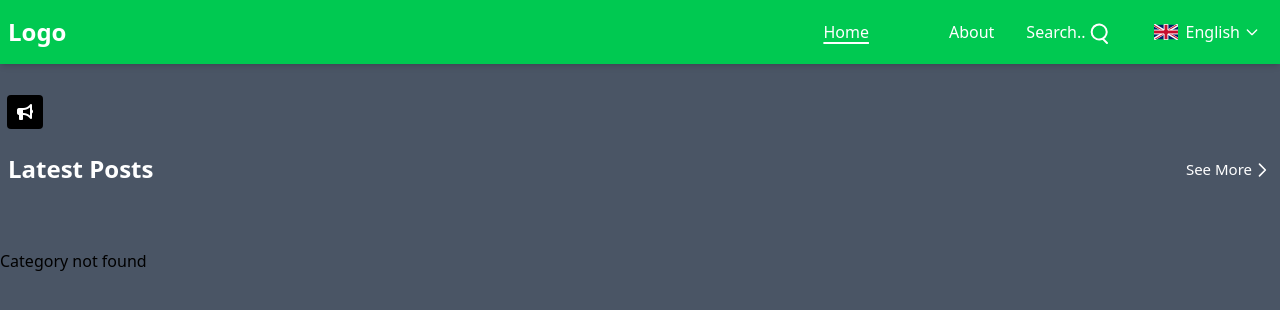
Repository: saroeuntola/we-share
Page: http://localhost/index?lang=en
The author's editor kept a copy of each file at every save. The page is drawn from the files as they stood at one save, then again after a run of saves.
The browser window is 1280 px wide. The pictures show the whole page.
The page is run by PHP 8.4 with error messages shown; the project is at /var/www/html/. Style sheets and scripts are compiled from the project's sources, by tool versions that may differ from the author's. Queries for data that is not in the repository find no rows.

Above is the page before, as saved 2025-08-29 12:15:56.

### index.php
<!DOCTYPE html>
<html lang="en">

<head>
    <meta charset="UTF-8">
    <meta name="viewport" content="width=device-width, initial-scale=1.0">

    <!-- Primary Meta Tags -->
    <title>Download Khmer PDF Documents & IT Document - We Share</title>
    <meta name="description" content="We Share provides free Khmer PDF documents, IT Documents, study materials, and guides for learning. Download PDFs easily for education and personal use.">
    <meta name="keywords" content="Computer, Scienace IT, PHP Khmer PDF, HTML, CSS, javascript downlaod khmer pdf, react js, Laravel, download PDF, free documents, IT tutorials, study materials, We Share, education, PDF files Cambodia">

    <!-- Canonical URL -->
    <link rel="canonical" href="https://www.weshare.com/">

    <!-- Open Graph / Facebook -->
    <meta property="og:title" content="Download Khmer PDF Documents & IT Resources - We Share">
    <meta property="og:description" content="Get free Khmer PDF documents, IT tutorials, study materials, and guides for learning at We Share. Download PDFs easily for personal and educational use.">
    <meta property="og:type" content="website">
    <meta property="og:url" content="https://www.weshare.com/">
    <meta property="og:image" content="https://www.weshare.com/assets/images/og-image.jpg">

    <!-- Twitter -->
    <meta name="twitter:card" content="summary_large_image">
    <meta name="twitter:title" content="Download Khmer PDF Documents & IT Resources - We Share">
    <meta name="twitter:description" content="We Share provides free Khmer PDF documents, IT tutorials, study materials, and guides for learning. Download PDFs easily for education and personal use.">
    <meta name="twitter:image" content="https://www.weshare.com/assets/images/og-image.jpg">

    <!-- Favicon -->
    <link rel="icon" href="./assets/img/favicon.png" type="image/png">

    <!-- Styles -->
    <link rel="stylesheet" href="./assets/css/output.css">
    <link rel="stylesheet" href="./assets/css/custom.css">
    <link rel="stylesheet" href="https://cdnjs.cloudflare.com/ajax/libs/font-awesome/6.0.0-beta3/css/all.min.css" />

    <!-- Scripts -->
    <script src="https://code.jquery.com/jquery-3.6.0.min.js"></script>
</head>

<body class="bg-gray-600">
    <?php include 'loading.php' ?>
    <header class="fixed z-10 w-full" id="header">
        <?php
        include 'head-bar.php'
        ?>
    </header>

    <main class="max-w-7xl m-auto mt-[95px]">
        <section class="mb-6">
            <?php
            include 'key-frame.php'
            ?>
        </section>

        <section>
            <?php
            include 'last-post-card.php'
            ?>

        </section>

        <section class="mt-6">
            <?php
            include 'programing-card.php'
            ?>
        </section>

        <section class="mt-6">
            <?php
            include 'web-dev-card.php'
            ?>
        </section>

        <section class="mt-6">
            <?php
            include 'ms-office-card.php'
            ?>
        </section>
        <section class="mt-6">
            <?php
            include 'ebook-card.php'
            ?>
        </section>
    </main>
    <section class="mt-6">
        <?php include 'footer.php' ?>
    </section>

</body>

</html>

### loading.php
<style>
  .loader {
    width: 45px;
    aspect-ratio: 1;
    --c: no-repeat linear-gradient(#fff 0 0);
    /* changed to white */
    background:
      var(--c) 0% 50%,
      var(--c) 50% 50%,
      var(--c) 100% 50%;
    background-size: 20% 100%;
    animation: l1 1s infinite linear;
  }

  @keyframes l1 {
    0% {
      background-size: 20% 100%, 20% 100%, 20% 100%;
    }

    33% {
      background-size: 20% 10%, 20% 100%, 20% 100%;
    }

    50% {
      background-size: 20% 100%, 20% 10%, 20% 100%;
    }

    66% {
      background-size: 20% 100%, 20% 100%, 20% 10%;
    }

    100% {
      background-size: 20% 100%, 20% 100%, 20% 100%;
    }
  }

  .khmer-font {
    font-family: 'Noto Sans Khmer', sans-serif;
  }
</style>
<?php
$lang = isset($_GET['lang']) && in_array($_GET['lang'], ['en', 'kh']) ? $_GET['lang'] : 'en';
?>

<body class="bg-gray-900 text-white">
  <!-- Loader -->
  <div id="pageLoader"
    class="fixed inset-0 z-[9999] bg-gray-900 flex flex-col items-center justify-center transition-opacity duration-1000"
    aria-live="polite">

    <!-- Loader Spinner -->
    <div class="relative h-20 w-20​​ flex flex-col justify-center items-center">
      <div class="loader inset-0 ease-linear"></div>
      <span class="text-white text-sm font-medium <?= $lang === 'kh' ? 'khmer-font' : '' ?>">
        <?= $lang === 'en' ? 'Loading...' : 'សូមរងចាំ' ?>
      </span>

    </div>
  </div>
</body>

<!-- Loader Script -->
<script>
  // Wait until EVERYTHING is fully loaded (HTML + CSS + images + external resources)
  window.addEventListener("load", function() {
    const loader = document.getElementById("pageLoader");
    loader.classList.add("opacity-0"); // fade out

    setTimeout(() => {
      loader.style.display = "none";
      loader.setAttribute("aria-hidden", "true");
    }, 1000); // match transition duration
  });
</script>
</body>

### head-bar.php
<?php
$currentPage = basename($_SERVER['PHP_SELF']);
$lang = isset($_GET['lang']) && in_array($_GET['lang'], ['en', 'kh']) ? $_GET['lang'] : 'en';
$currentSlug = isset($_GET['slug']) ? $_GET['slug'] : null;

function buildLangUrl($langTarget, $currentPage, $currentSlug)
{
    $params = ['lang' => $langTarget];
    if ($currentPage === 'detail.php' && $currentSlug) {
        $params['slug'] = $currentSlug;
    }
    return $currentPage . '?' . http_build_query($params);
}

// ✅ Helper to check active page
function navItem($page, $label, $lang, $currentPage, $currentSlug)
{
    $isActive = (strpos($currentPage, $page) !== false || ($page === '/' && $currentPage === 'index.php'));
    $baseUrl = $page === '/' ? '/' : $page;
    $params = ['lang' => $lang];
    if ($currentPage === 'detail' && $currentSlug) {
        $params['slug'] = $currentSlug;
    }
    $href = $baseUrl . '?' . http_build_query($params);

    $activeClass = $isActive
        ? 'text-white underline underline-offset-4 decoration-2'  // active link underline
        : 'text-white hover:underline hover:underline-offset-4 hover:decoration-2'; // hover underline

    $langClass = ($lang === 'kh') ? 'khmer-font-nav mt-1' : '';

    return "<a href=\"{$href}\" class=\"{$langClass} rounded-md text-base font-medium p-2 {$activeClass}\">{$label}</a>";
}



$menu = [
    'home' => $lang === 'en' ? 'Home' : 'ទំព័រដើម',
    'services' => $lang === 'en' ? 'Services' : 'សេវាកម្ម',
    'about' => $lang === 'en' ? 'About' : 'អំពីយើង',
    'contact' => $lang === 'en' ? '' : 'សំណួរ',
    'join' => $lang === 'en' ? 'Join Now' : 'ចូលរួម',
    'search' => $lang === 'en' ? 'Search...' : 'ស្វែងរក...'
];

$languageNames = [
    'en' => 'English',
    'kh' => 'ភាសារខ្មែរ'
];
?>
<style>
    #logo {
        width: 100px;
    }
</style>
<nav class="bg-green-500 shadow-md w-full" id="header">
    <div class="max-w-7xl mx-auto px-2">
        <div class="flex justify-between h-16 items-center">

            <!-- Mobile: Hamburger + Logo -->
            <div class="flex items-center lg:hidden">
                <!-- Hamburger -->
                <button id="menu-btn" class="lg:hidden p-2 text-white cursor-pointer">
                    <!-- Hamburger Icon -->
                    <svg class="w-6 h-6" fill="none" stroke="currentColor" stroke-width="2"
                        viewBox="0 0 24 24" xmlns="http://www.w3.org/2000/svg">
                        <path stroke-linecap="round" stroke-linejoin="round" d="M4 6h16M4 12h16M4 18h16" />
                    </svg>
                </button>
                <script>
                    const menuBtn = document.getElementById('menu-btn');
                    const menuIcon = document.getElementById('menu-icon');
                    const closeIcon = document.getElementById('close-icon');

                    menuBtn.addEventListener('click', () => {
                        menuIcon.classList.toggle('hidden');
                        closeIcon.classList.toggle('hidden');
                    });
                </script>
                <!-- Logo -->
                <a href="#" class="text-2xl font-bold text-white ml-3">
                    <img src="./assets/img/logo.png" alt="logo" id="logo">
                </a>
            </div>
            <!-- Desktop: Logo + Menu -->
            <div class="hidden lg:flex justify-between items-center w-full">
                <!-- Logo -->
                <a href="#" class="text-2xl font-bold text-white">Logo</a>
                <!-- Menu Items -->
                <div class="flex space-x-6 items-center">
                    <!-- Desktop Menu Items -->
                    <div class="flex space-x-6 items-center">
                        <?= navItem('/', $menu['home'], $lang, $currentPage, $currentSlug) ?>
                        <?= navItem('contact', $menu['contact'], $lang, $currentPage, $currentSlug) ?>
                        <?= navItem('about', $menu['about'], $lang, $currentPage, $currentSlug) ?>
                    </div>


                    <!-- Search Icon -->
                    <div class="relative ">

                        <button id="search-icon" class="text-white focus:outline-none flex justify-between items-center cursor-pointer">
                            <p​​ class="<?= $lang === 'kh' ? 'khmer-font-nav mt-1' : '' ?>"> <?= $lang === 'en' ? 'Search..' : 'ស្វែងរក...' ?></p​​>
                            <svg class="w-6 h-6 mt-1" fill="none" stroke="currentColor" viewBox="0 0 24 24">
                                <path stroke-linecap="round" stroke-linejoin="round" stroke-width="2"
                                    d="M21 21l-4.35-4.35m0 0A7.5 7.5 0 1110.5 3a7.5 7.5 0 016.15 13.65z" />
                            </svg>
                        </button>
                    </div>

                    <!-- Desktop Language Dropdown -->
                    <div class="relative">
                        <button id="lang-btn-desktop" class="flex items-center text-white px-3 py-2 rounded-md hover:bg-green-600 focus:outline-none">
                            <img id="lang-flag-desktop" src="./assets/img/flags/<?= $lang === 'en' ? 'Flag_of_the_United_Kingdom' : 'khmer-flag' ?>.svg" class="w-6 h-4 ml-2" alt="Flag">
                            <span class="ml-2 font-medium <?= $lang === 'kh' ? 'khmer-font mt-1' : '' ?>"><?= $lang === 'en' ? 'English' : 'ភាសារខ្មែរ' ?></span>
                            <svg class="w-4 h-4 ml-1" fill="none" stroke="currentColor" viewBox="0 0 24 24">
                                <path stroke-linecap="round" stroke-linejoin="round" stroke-width="2" d="M19 9l-7 7-7-7" />
                            </svg>
                        </button>

                        <div id="lang-menu-desktop" class="hidden absolute right-0 mt-2 w-36 bg-white rounded-md shadow-lg z-50">
                            <?php foreach ($languageNames as $code => $name): ?>
                                <?php if ($code !== $lang): ?>
                                    <a href="<?= buildLangUrl($code, $currentPage, $currentSlug) ?>" class="flex items-center px-4 py-2 text-gray-700 hover:bg-gray-100 transition">
                                        <img src="./assets/img/flags/<?= $lang === 'kh' ? 'Flag_of_the_United_Kingdom' : 'khmer-flag' ?>.svg" class="w-6 h-4 mr-2" alt="<?= $name ?> Flag">
                                        <span class="text-right <?= $lang === 'en' ? 'khmer-font' : '' ?>"><?= $name ?></span>
                                    </a>
                                <?php endif; ?>
                            <?php endforeach; ?>
                        </div>
                    </div>


                </div>
            </div>

            <!-- Mobile: Search Icon + Language -->
            <div class="flex items-center lg:hidden space-x-2">
                <!-- Search Icon -->
                <button id="search-icon-mobile" class="text-white focus:outline-none flex justify-center items-center">
                    <svg class="w-6 h-6 mt-1" fill="none" stroke="currentColor" viewBox="0 0 24 24">
                        <path stroke-linecap="round" stroke-linejoin="round" stroke-width="2"
                            d="M21 21l-4.35-4.35m0 0A7.5 7.5 0 1110.5 3a7.5 7.5 0 016.15 13.65z" />
                    </svg>
                </button>

                <!-- Mobile Language Dropdown -->
                <div class="relative">
                    <button id="lang-btn-mobile" class="flex items-center text-white px-3 py-2 rounded-md hover:bg-green-600 focus:outline-none">
                        <img id="lang-flag-mobile" src="./assets/img/flags/<?= $lang === 'en' ? 'Flag_of_the_United_Kingdom' : 'khmer-flag' ?>.svg" class="w-6 h-4 ml-2" alt="Flag">
                        <span class="ml-2 font-medium <?= $lang === 'kh' ? 'khmer-font mt-1' : '' ?>"><?= $lang === 'en' ? 'English' : 'ភាសារខ្មែរ' ?></span>
                        <svg class="w-4 h-4 ml-1" fill="none" stroke="currentColor" viewBox="0 0 24 24">
                            <path stroke-linecap="round" stroke-linejoin="round" stroke-width="2" d="M19 9l-7 7-7-7" />
                        </svg>
                    </button>

                    <div id="lang-menu-mobile" class="hidden absolute right-0 mt-2 w-36 bg-white rounded-md shadow-lg z-50">
                        <?php foreach ($languageNames as $code => $name): ?>
                            <?php if ($code !== $lang): ?>
                                <a href="<?= buildLangUrl($code, $currentPage, $currentSlug) ?>" class="flex items-center px-4 py-2 text-gray-700 hover:bg-gray-100 transition">
                                    <img src="./assets/img/flags/<?= $lang === 'kh' ? 'Flag_of_the_United_Kingdom' : 'khmer-flag' ?>.svg" class="w-6 h-4 mr-2" alt="<?= $name ?> Flag">
                                    <span class="text-right <?= $lang === 'en' ? 'khmer-font' : '' ?>"><?= $name ?></span>
                                </a>
                            <?php endif; ?>
                        <?php endforeach; ?>
                    </div>
                </div>

            </div>
        </div>

        <!-- Mobile Collapsed Menu -->
        <div id="overlay" class="fixed inset-0 bg-black bg-opacity-50 hidden z-40"></div>
        <div id="mobile-menu"
            class="fixed top-0 left-0 h-full w-64 bg-green-600 text-white transform -translate-x-full transition-transform duration-300 ease-in-out z-50">

            <div class="flex flex-col px-5 py-3 space-y-4">
                <button id="close-btn" class="self-end text-white flex justify-end cursor-pointer">
                    ✕
                </button>
                <?= navItem('/', $menu['home'], $lang, $currentPage, $currentSlug) ?>
                <?= navItem('services', $menu['services'], $lang, $currentPage, $currentSlug) ?>
                <?= navItem('about', $menu['about'], $lang, $currentPage, $currentSlug) ?>
            </div>
        </div>


    </div>
</nav>

<!-- Search Modal (shared for Desktop & Mobile) -->
<div id="searchModal" class="fixed inset-0 bg-black bg-opacity-50 hidden z-50 flex items-center justify-center">
    <div class="bg-gray-600 w-full h-full max-w-4xl max-h-full overflow-y-auto relative p-4">
        <!-- Header -->
        <div class="flex justify-between items-center border-b pb-4">
            <h2 class="text-xl text-white font-bold"><?= $lang === 'en' ? 'Search Document' : 'ស្វែងរកឯកសារ' ?></h2>
            <button onclick="closeSearchModal()" class="text-white text-3xl font-bold cursor-pointer">&times;</button>
        </div>

        <!-- Search Input -->
        <div class="mt-4">
            <input type="text" id="search-box" placeholder="<?= $lang === 'en' ? 'Search...' : 'ស្វែងរក...' ?>"
                class="w-full px-4 py-3 rounded-md border focus:outline-none focus:ring-2 focus:ring-green-500 text-white">
        </div>

        <!-- Loading Indicator -->
        <div id="search-loading" class="hidden mt-2 text-white"><?= $lang === 'en' ? 'Loading...' : 'កំពុងផ្ទុក...' ?></div>

        <!-- Search Results Grid -->
        <div id="search-results" class="mt-4 grid grid-cols-1 sm:grid-cols-2 lg:grid-cols-3 gap-4">
            <div class="text-white col-span-full"><?= $lang === 'en' ? 'Type to search...' : 'វាយបញ្ចូលដើម្បីស្វែងរក...' ?></div>
        </div>
    </div>
</div>
<script src="https://cdn.jsdelivr.net/npm/alpinejs@3.x.x/dist/cdn.min.js" defer></script>

<script>
    const closeBtn = document.getElementById('close-btn');
    const mobileMenu = document.getElementById('mobile-menu');
    const overlay = document.getElementById('overlay');

    menuBtn.addEventListener('click', () => {
        mobileMenu.classList.remove('-translate-x-full');
        overlay.classList.remove('hidden');
    });

    closeBtn.addEventListener('click', () => {
        mobileMenu.classList.add('-translate-x-full');
        overlay.classList.add('hidden');
    });

    overlay.addEventListener('click', () => {
        mobileMenu.classList.add('-translate-x-full');
        overlay.classList.add('hidden');
    });




    // Desktop dropdown
    const langBtnDesktop = document.getElementById('lang-btn-desktop');
    const langMenuDesktop = document.getElementById('lang-menu-desktop');

    langBtnDesktop.addEventListener('click', (e) => {
        e.stopPropagation();
        langMenuDesktop.classList.toggle('hidden');
    });

    // Mobile dropdown
    const langBtnMobile = document.getElementById('lang-btn-mobile');
    const langMenuMobile = document.getElementById('lang-menu-mobile');

    langBtnMobile.addEventListener('click', (e) => {
        e.stopPropagation();
        langMenuMobile.classList.toggle('hidden');
    });

    // Close dropdowns when clicking outside
    document.addEventListener('click', () => {
        langMenuDesktop.classList.add('hidden');
        langMenuMobile.classList.add('hidden');
    });



    // Search Modal
    const searchIconDesktop = document.getElementById('search-icon');
    const searchIconMobile = document.getElementById('search-icon-mobile');
    const searchModal = document.getElementById('searchModal');
    const searchBox = document.getElementById('search-box');
    const searchResults = document.getElementById('search-results');
    const searchLoading = document.getElementById('search-loading');

    function openSearchModal() {
        searchModal.classList.remove('hidden');
        searchBox.focus();
    }

    function closeSearchModal() {
        searchModal.classList.add('hidden');
        searchBox.value = '';
        searchResults.innerHTML = '<div class="text-white col-span-full"><?= $lang === "en" ? "Type to search..." : "វាយបញ្ចូលដើម្បីស្វែងរក..." ?></div>';
    }

    searchIconDesktop.addEventListener('click', openSearchModal);
    searchIconMobile.addEventListener('click', openSearchModal);

    window.addEventListener('click', function(e) {
        if (e.target === searchModal) closeSearchModal();
    });

    function debounce(func, delay) {
        let timeout;
        return function() {
            clearTimeout(timeout);
            timeout = setTimeout(() => func.apply(this, arguments), delay);
        }
    }

    searchBox.addEventListener('input', debounce(function() {
        const query = this.value.trim();
        searchResults.innerHTML = '';
        if (!query) {
            searchResults.innerHTML = '<div class="text-white col-span-full"><?= $lang === "en" ? "Type to search..." : "វាយបញ្ចូលដើម្បីស្វែងរក..." ?></div>';
            searchLoading.classList.add('hidden');
            return;
        }
        searchLoading.classList.remove('hidden');

        fetch(`/weshare/search.php?q=${encodeURIComponent(query)}&lang=<?= $lang ?>`)
            .then(res => res.json())
            .then(data => {
                searchLoading.classList.add('hidden');
                searchResults.innerHTML = '';
                if (data.length === 0) {
                    searchResults.innerHTML = '<div class="text-white col-span-full"><?= $lang === "en" ? "No data found" : "រកមិនឃើញទិន្នន័យ។" ?></div>';
                } else {
                    data.forEach(item => {
                        const a = document.createElement('a');
                        a.href = `detail?slug=${item.slug}&lang=<?= $lang ?>`;
                        a.className = 'block border rounded p-3 hover:bg-white bg-white';
                        a.textContent = item.name;
                        searchResults.appendChild(a);
                    });
                }
            })
            .catch(err => {
                searchLoading.classList.add('hidden');
                console.error(err);
            });
    }, 300));
</script>

### admin/lib/db.php

<?php

function dbConn()
{
   $servername = "localhost";
    $username = "root";
    $password = "";
    $db = "weshare";

    try {
        $conn = new PDO("mysql:host=$servername;dbname=$db", $username, $password);
        $conn->setAttribute(PDO::ATTR_ERRMODE, PDO::ERRMODE_EXCEPTION);
        return $conn;
    } catch (PDOException $e) {
        die("Connection failed: " . $e->getMessage());
    }
}

function dbClose(&$conn)
{
    $conn = null;
}

function dbSelect($table, $column = "*", $criteria = "", $clause = "")
{
    if (empty($table)) return false;

    $sql = "SELECT $column FROM $table";
    if (!empty($criteria)) $sql .= " WHERE $criteria";
    if (!empty($clause)) $sql .= " $clause";

    $conn = dbConn();
    try {
        $stmt = $conn->query($sql);
        $result = $stmt->fetchAll(PDO::FETCH_ASSOC);
        dbClose($conn);
        return $result;
    } catch (PDOException $e) {
        echo "Error in selecting data: " . $e->getMessage();
        return false;
    }
}

function dbInsert($table, $data = array())
{
    if (empty($table) || empty($data)) return false;

    $conn = dbConn();
    $fields = implode(", ", array_keys($data));
    $placeholders = ":" . implode(", :", array_keys($data));
    $sql = "INSERT INTO $table ($fields) VALUES ($placeholders)";

    try {
        $stmt = $conn->prepare($sql);
        $stmt->execute($data);
        dbClose($conn);
        return true;
    } catch (PDOException $e) {
        echo "Error inserting data: " . $e->getMessage();
        return false;
    }
}

function dbUpdate($table, $data = array(), $criteria = "")
{
    if (empty($table) || empty($data) || empty($criteria)) return false;

    $conn = dbConn();
    $setClause = "";
    foreach ($data as $key => $val) {
        $setClause .= "$key = :$key, ";
    }
    $setClause = rtrim($setClause, ", ");
    $sql = "UPDATE $table SET $setClause WHERE $criteria";

    try {
        $stmt = $conn->prepare($sql);
        $stmt->execute($data);
        dbClose($conn);
        return true;
    } catch (PDOException $e) {
        echo "Error updating data: " . $e->getMessage();
        return false;
    }
}

function dbDelete($table, $criteria)
{
    if (empty($table) || empty($criteria)) return false;

    $sql = "DELETE FROM $table WHERE $criteria";
    $conn = dbConn();

    try {
        $stmt = $conn->prepare($sql);
        $stmt->execute();
        dbClose($conn);
        return true;
    } catch (PDOException $e) {
        echo "Error deleting data: " . $e->getMessage();
        return false;
    }
}

function dbCount($table = "", $criteria = "")
{
    if (empty($table)) return false;

    $sql = "SELECT COUNT(*) as count FROM $table";
    if (!empty($criteria)) $sql .= " WHERE $criteria";

    $conn = dbConn();
    try {
        $stmt = $conn->query($sql);
        $result = $stmt->fetch(PDO::FETCH_ASSOC);
        dbClose($conn);
        return $result['count'];
    } catch (PDOException $e) {
        echo "Error counting data: " . $e->getMessage();
        return false;
    }
}

?>

### assets/css/custom.css
#header {
  top: 0;
}

.khmer-font-nav{
    font-family: "Moul", serif;
    font-weight: 400;
    font-style: normal;
    font-size: 14px;
}

    .khmer-font {
        font-family: "Battambang", system-ui;
        font-weight: 100;
        font-style: normal;
        font-size: 14px;

    }
    .khmer-font-kulen{
       font-family: "Koulen", sans-serif;
  font-weight: 400;
  font-style: normal;
  font-size: 17px;
    }

Loaded but not shown: assets/css/input.css (common file); assets/img/flags/khmer-flag.svg (65 lines, source omitted); assets/img/flags/Flag_of_the_United_Kingdom.svg (9 lines, source omitted); admin/lib/post_lib.php (349 lines, source omitted); admin/lib/subcategory_lib.php (169 lines, source omitted); key-frame.php (186 lines, source omitted); last-post-card.php (88 lines, source omitted); programing-card.php (76 lines, source omitted); admin/lib/category_lib.php (115 lines, source omitted)

After the next 2 saves:
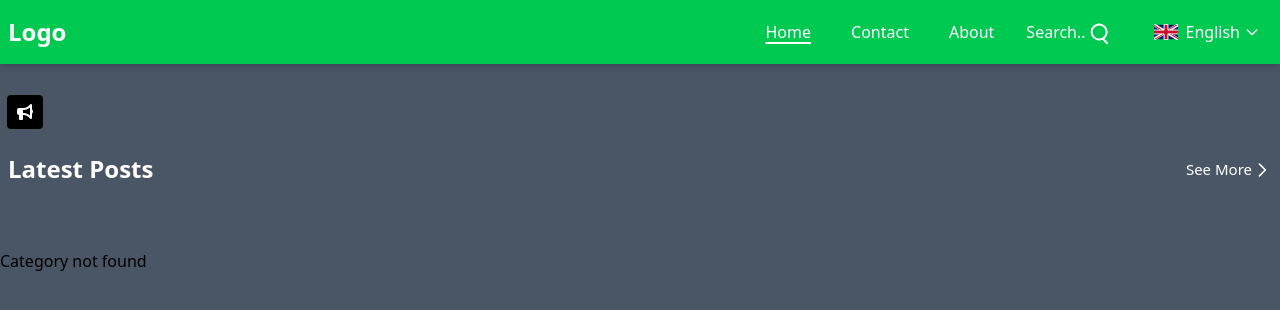
The 2 saves are shown as one change because they came seconds apart.
The last was saved 7 s later.
--- a/head-bar.php
+++ b/head-bar.php
@@ -38,7 +38,7 @@
     'home' => $lang === 'en' ? 'Home' : 'ទំព័រដើម',
     'services' => $lang === 'en' ? 'Services' : 'សេវាកម្ម',
     'about' => $lang === 'en' ? 'About' : 'អំពីយើង',
-    'contact' => $lang === 'en' ? '' : 'សំណួរ',
+    'contact' => $lang === 'en' ? 'Contact' : 'សំណួរ',
     'join' => $lang === 'en' ? 'Join Now' : 'ចូលរួម',
     'search' => $lang === 'en' ? 'Search...' : 'ស្វែងរក...'
 ];
